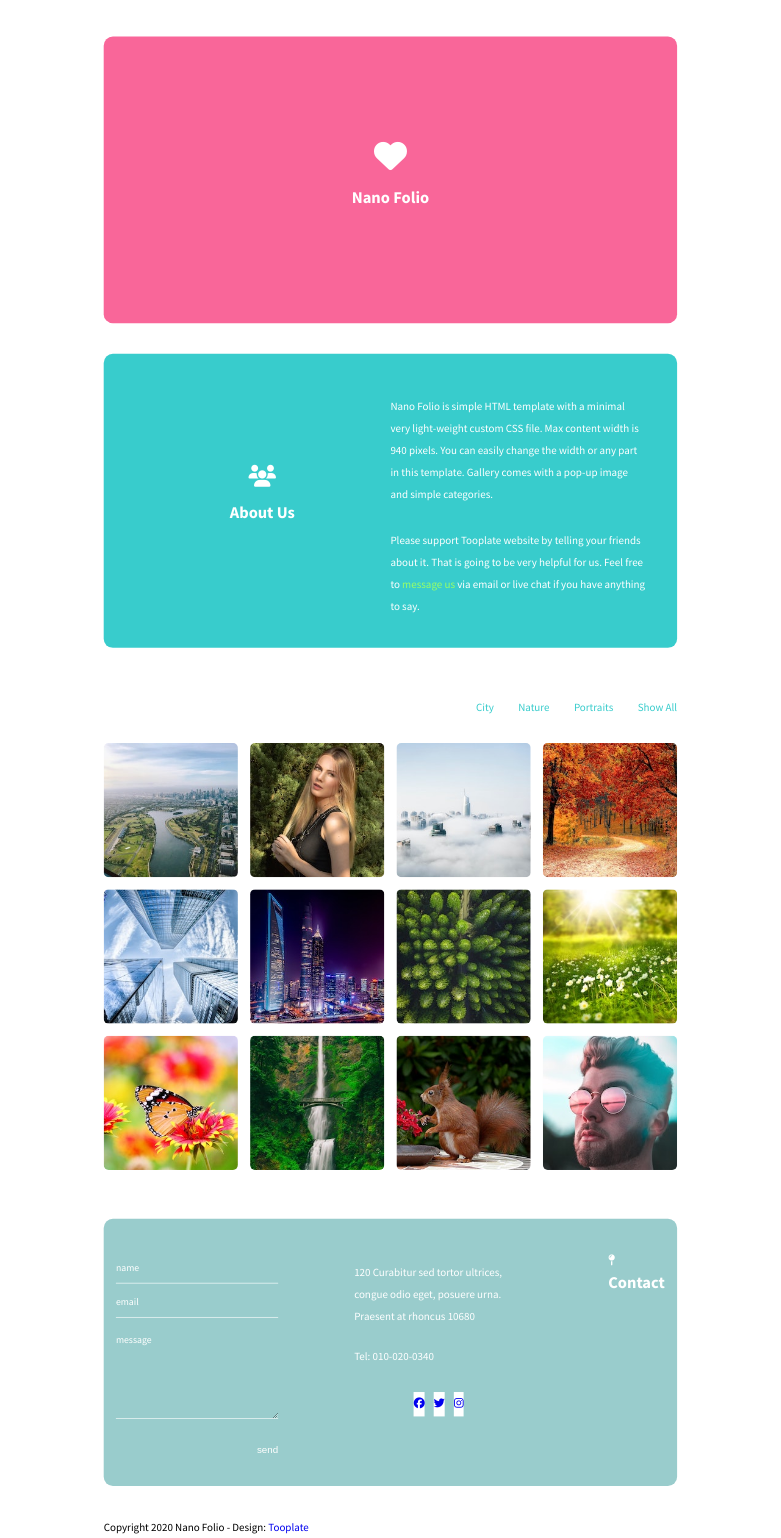
Repository: BuiVanVu102/Tooplate
Page: index.html
These files come from the project's save history. The page is drawn as it stood at one moment and after the next save; the edit follows.
The browser window is 1280 px wide. The pictures show the whole page, at 61% of full size.
Some web libraries are served in a nearby version. The style sheet was rebuilt from its Sass, Less or Tailwind sources for each picture, by a compiler version that may differ from the author's.

Above is the page before, as saved 2021-11-16 22:44:55.

### index.html
<!DOCTYPE html>
<html lang="en">
<head>
	<meta charset="UTF-8">
	<meta http-equiv="X-UA-Compatible" content="IE=edge">
	<meta name="viewport" content="width=device-width, initial-scale=1.0">
	<link rel="preconnect" href="https://fonts.googleapis.com">
	<link rel="preconnect" href="https://fonts.gstatic.com" crossorigin>
	<link href="https://fonts.googleapis.com/css2?family=Source+Sans+Pro:wght@400;700&display=swap" rel="stylesheet">
	<link rel="stylesheet" href="./css/app.css">
	<title>Nano Folio - Live View</title>
</head>
<body>
		<div class="wrapper">
			<main>
				<section class="first">
					<div class="container">
						<div class="first__container">
							<i class="fas fa-heart fa-3x"></i>
							<h1 class="first__name">Nano Folio</h1>
						</div>
					</div>
				</section>
				<section class="about">
					<div class="container">
						<div class="about__container">
							<div class="about__heading">
								<i class="fas fa-users fa-2x"></i>
								<h2 class="about__name">
									About Us
								</h2>
							</div>
							<div class="about__desc">
								<p class="about__typography1">
									Nano Folio is simple HTML template with a minimal very light-weight custom CSS file. Max content width is 940 pixels. You can easily change the width or any part in this template. Gallery comes with a pop-up image and simple categories.
								</p>
								<p class="about__typography2">
									Please support Tooplate website by telling your friends about it. That is going to be very helpful for us. Feel free to <a rel="nofollow" href="https://www.tooplate.com/contact" target="_blank" style="color: #99FF66;">message us</a>  via email or live chat if you have anything to say.
								</p>
							</div>
						</div>
					</div>
				</section>
				<section class="show">
					<div class="container">
						<div class="show__container">
							<div class="show__header">
								<ul class="menu">
									<li class="menu__item"><a href="#!">City</a></li>
									<li class="menu__item"><a href="#!">Nature</a></li>
									<li class="menu__item"><a href="#!">Portraits</a></li>
									<li class="menu__item"><a href="#!">Show All</a></li>
								</ul>
							</div>
							<div class="show__list">
								<div class="show__img">
									<img src="./images/city-1.jpg" alt="">
								</div>
								<div class="show__img">
									<img src="./images/human-1.jpg" alt="">
								</div>
								<div class="show__img">
									<img src="./images/city-2.jpg" alt="">
								</div>
								<div class="show__img">
									<img src="./images/nature-1.jpg" alt="">
								</div>
								<div class="show__img">
									<img src="./images/city-3.jpg" alt="">
								</div>
								<div class="show__img">
									<img src="./images/city-4.jpg" alt="">
								</div>
								<div class="show__img">
									<img src="./images/nature-2.jpg" alt="">
								</div>
								<div class="show__img">
									<img src="./images/nature-3.jpg" alt="">
								</div>
								<div class="show__img">
									<img src="./images/nature-4.jpg" alt="">
								</div>
								<div class="show__img">
									<img src="./images/nature-5.jpg" alt="">
								</div>
								<div class="show__img">
									<img src="./images/nature-6.jpg" alt="">
								</div>
								<div class="show__img">
									<img src="./images/human-2.jpg" alt="">
								</div>

							</div>
						</div>
					</div>
				</section>
				<section class="form">
					<div class="container">
						<div class="form__container">
							<div class="form__submit">
								<input type="text" name="" id="" placeholder="name">
								<input type="email" name="" id="" placeholder="email">
								<textarea name="" id="" cols="30" rows="10" placeholder="message"></textarea>
								<button type="submit">send</button>
							</div>
							<div class="form__info">
								<address class="form__adress">120 Curabitur sed tortor ultrices, congue odio eget, posuere urna. Praesent at rhoncus 10680</address>
								<div class="form__phone">
									Tel: <a href="tel:0100200340" class="form__phone-link">010-020-0340</a>
								</div>
								<div class="form__network">
									<a href="https://facebook.com"><i class="fab fa-facebook"></i></a>
									<a href="https://twitter.com"><i class="fab fa-twitter"></i></a>
									<a href="https://instagram.com"><i class="fab fa-instagram"></i></a>

								</div>
							</div>
							<div class="form__contact">
								<i class="fas fa-map-pin"></i>
								<h2 class="form__text">
									Contact
								</h2>
							</div>
						</div>
					</div>
				</section>
			</main>
			<footer class="footer">
				<div class="container">
					<div class="footer__container">

					Copyright 2020 Nano Folio - Design: <a rel="sponsored" href="https://www.tooplate.com">Tooplate</a>
					</div>
				</div>
			</footer>
		</div>
		<script src="https://kit.fontawesome.com/33b4a28a88.js" crossorigin="anonymous"></script>
</body>
</html>

### sass/app.scss
@import 'variable';
@import 'reset';
@import 'global';
@import 'first';
@import 'about';
@import 'show';
@import 'form';

### sass/_variable.scss
$font: 'Source Sans Pro', sans-serif;
$text-color: #ffff;
$title-color: #38cccc;

### sass/_reset.scss
html {
	box-sizing: border-box;
  }
  * {
	margin: 0;
	padding: 0;
  }
  *,
  *:before,
  *:after {
	box-sizing: border-box;
  }
  input,
  textarea,
  select,
  button {
	outline: none;
  }
  input {
	line-height: normal;
  }
  label,
  button {
	cursor: pointer;
  }
  a {
	text-decoration: none;
  }
  img {
	display: block;
	max-width: 100%;
  }

### sass/_global.scss
body {
	line-height: 2em;
	color: $font;
	font-size: 18px;
	font-family: $font;
	font-weight: 400;
	background-color: white;
	overflow-x: hidden;
}

.wrapper {
	max-width: 100%;
	margin: 0 auto;
}
.container {
	width: 100%;
	max-width: 970px;
	margin: 0 auto;
	padding: 0px 15px;
}

### sass/_first.scss
.first {
	margin-top: 60px;
	&__container{
		display: flex;
		flex-direction: column;
		justify-content: center;
		align-items: center;
		border-radius: 15px;
		max-width: 940px;
		height: 470px;
		background-color: #f96699;
		color: white;
		margin-bottom: 50px;

	}
	&__name {
		margin: 22px 0;
	}
}
.fa-hear:before {
	content: "\f004";
}

### sass/_about.scss
.about {
	margin-top: 0px;
	&__container {
		display: flex;
		justify-content: center;
		align-items: center;

		padding: 50px 50px;
		margin-bottom: 80px;

		height: 482px;
		max-width: 940px;
		background-color: #38cccc;
		color: white;

		border-radius: 15px;
	}
	&__heading {
		display: flex;
		flex-direction: column;
		align-items: center;
		justify-content: center;

		min-width: 420px;
	}
	&__name {
		margin:  22px 0;
		font-size: 1.5em;
		font-weight: bold;
	}
	&__decs {
		display: flex;
		flex-direction: column;
		justify-content: center;
		align-items: center;
	}
	&__typography1 {
		display: block;
		margin: 18px 0 40px;
		font: 18px;
	}
	&__typography2 {
		display: block;
		margin: 18px 0 0;
		font: 18px;
	}
}
.fa-user:before {
	content: "\f0c0";
}

### sass/_show.scss
.show {
	margin-bottom: 80px;
	&__container {
		display: block;
	}
	&__header {
		display: flex;
		justify-content: flex-end;
		align-items: center;
		margin-bottom: 40px;
		color: #38CCCC;
	}
	&__list {
		display: grid;
		grid-template-columns: repeat(4, 1fr);
		gap: 20px;

		position: relative;
	}
	&__img img{
		width: 220px;
		height: 220px;
		border-radius: 0.5rem;
	}

}

.menu {
	list-style: none;
	display: flex;
	align-items: center;
	gap: 0 40px;


	&__item a {
		color: inherit;
		font-size: 18px;
	}
	&__item a:focus{
		color: #f96699;
	}
}

### sass/_form.scss
.form {
	margin-bottom: 50px;
	&__container {
		display: flex;
		justify-content: space-between;
		align-self: center;

		max-width: 940px;
		height: 438px;

		color: white;
		background-color: #99CCCC;

		padding: 50px 20px;

		border-radius: 15px;
	}
	&__submit  input{
		display: block;
		font-family: $font;
		font-size: 1rem;
		background: transparent;
		color: white;
		border: 0;
		border-bottom: 1px solid white;
		padding: 15px 0;
		margin-top: 5px;
		margin-bottom: 5px;
		width: 100%;
	}
	&__submit textarea {
		font-family: $font;
		font-size: 1rem;
		background:transparent;
		border: 0;
		border-bottom: 1px solid white;
		color: white;
		padding: 15px 0;
		margin: 5px 0 30px;
		max-width: 100%;
		max-height: 156px;
	}
	&__submit input:focus-visible {
		outline-offset: 0px;
		outline: -webkit-focus-color auto 1px;
		outline-color: -webkit-focus-ring-color;
		outline-style: auto;
		outline-width: 1px;
	}
	&__submit textarea:focus-visible {
		outline-offset: 0px;
		outline: -webkit-focus-ring-color auto 1px;
		outline-color: -webkit-focus-ring-color;
		outline-style: auto;
		outline-width: 1px;
	}
	&__submit button {
		display: block;

		background: none;
		color: white;
		font-size: 1rem;
		border: 0;
		cursor: pointer;
		transition: all 0.3s ease;

		margin-left: auto;
		margin-right: 0;
	}
	&__submit button:hover {
		color: black;
	}
	&__submit button:focus-visible {
		outline-offset: 0px;
		outline: -webkit-focus-ring-color auto 1px;
		outline-color: -webkit-focus-ring-color;
		outline-style: auto;
		outline-width: 1px;
	}
	&__info {
		display: block;

		padding: 20px 34px 0;
	}
	&__adress{
		display: block;
		margin-bottom: 30px;
		font-style: normal;
		font-size: 18px;

		max-width: 292px;
	}
	&__phone {
		display: block;
		margin-bottom: 40px;
		color: white;
		&-link {
			color: inherit;
			transition: all 0.3s ease;
		}
		&-link:hover {
			color: #38CCCC;
		}
	}
	&__network {
		display: flex;
		justify-content: center;
		align-items: center;
	}
	&__network a {
		height: 40px;
		max-width: 40px;

		background-color: #ffff;
		margin-right: 15px;
	}
}
::placeholder {
	color: white;

}

After the next save:
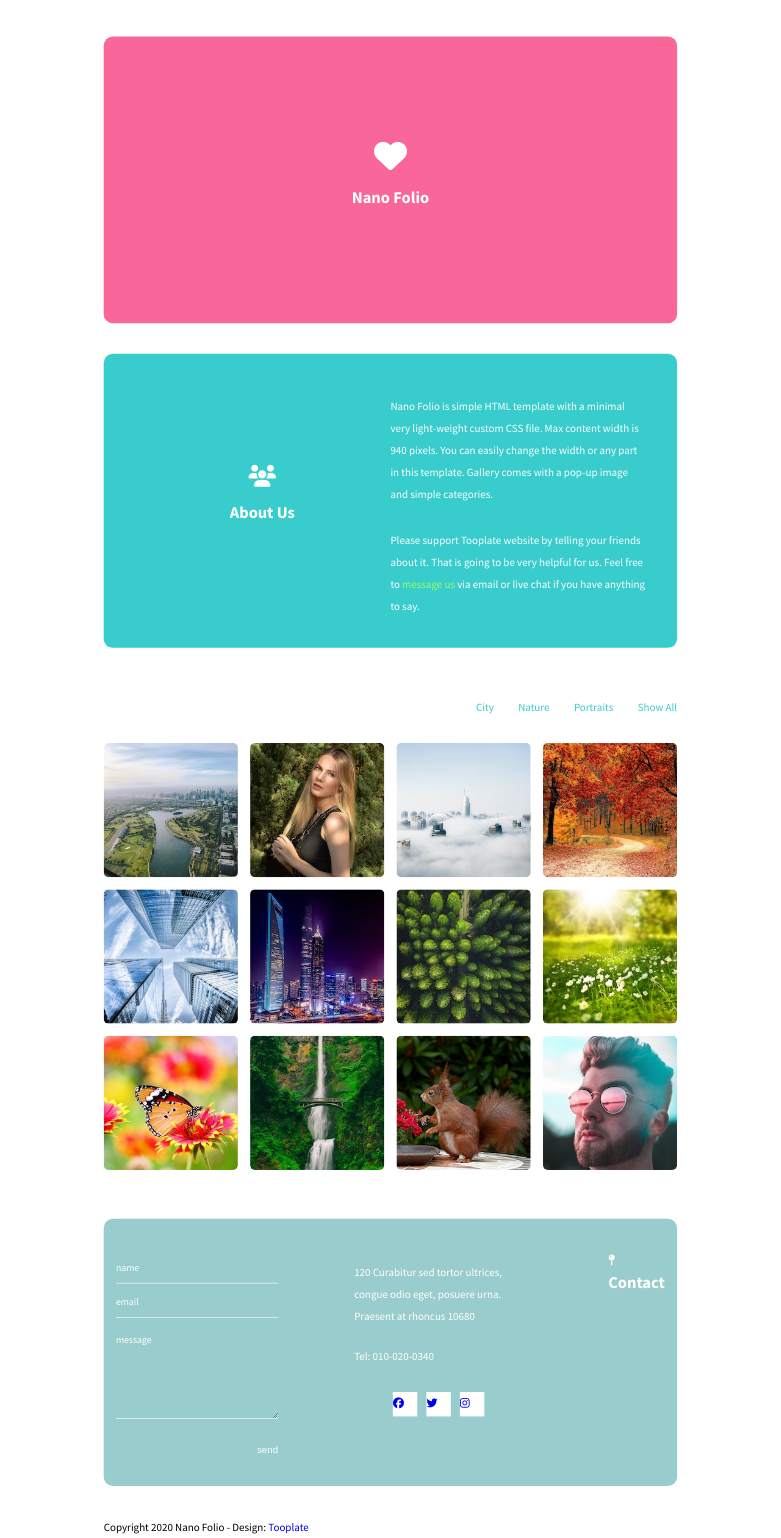
Saved 90 s later.
--- a/sass/_form.scss
+++ b/sass/_form.scss
@@ -109,7 +109,7 @@
 	}
 	&__network a {
 		height: 40px;
-		max-width: 40px;
+		width: 40px;
 
 		background-color: #ffff;
 		margin-right: 15px;
